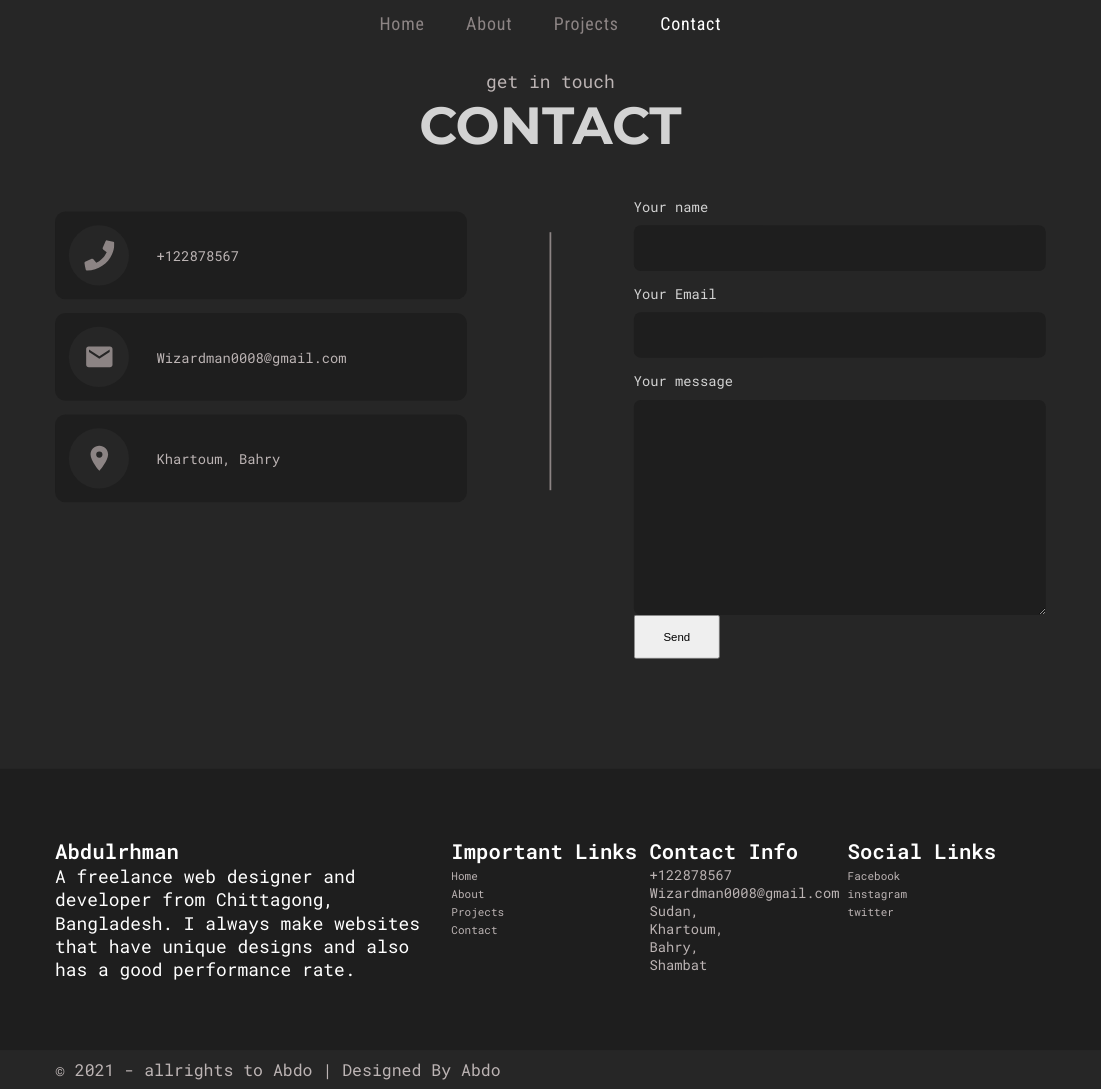
Repository: Abdoulrhman-altyeb/React-Typescript
Page: /contact
These files come from the project's save history. The page is drawn as it stood at one moment and after the next save; the edit follows.
The browser window is 1280 px wide. The pictures show the whole page, at 86% of full size.
The project was rebuilt for these pictures with package versions that can differ from the ones it lists, and the page was loaded fresh each time. Also part of the build but not shown: src/components/Button.tsx, src/components/ContactButton.tsx, src/components/HeroSection.tsx, src/components/AboutSection.tsx, src/assits/data/Services.ts, src/components/ServiceItems.tsx, src/components/ServicesSection.tsx, src/components/ProjectsSection.tsx and 3 more.

Above is the page before, as saved 2021-05-20 18:00:57.

### public/index.html
<!DOCTYPE html>
<html lang="en">

<head>
  <meta charset="utf-8" />
  <meta name="viewport" content="width=device-width, initial-scale=1" />
  <meta name="theme-color" content="#000000" />
  <meta name="description" content="IT Guys Community" />
  <link rel="preconnect" href="https://fonts.gstatic.com">
  <link href="https://fonts.googleapis.com/css2?family=Roboto:wght@300;400;500;700&display=swap" rel="stylesheet">
  <link rel="preconnect" href="https://fonts.gstatic.com">
<link href="https://fonts.googleapis.com/css2?family=Montserrat:wght@200;300;400;500;700&display=swap" rel="stylesheet">
<link rel="preconnect" href="https://fonts.gstatic.com">
<link href="https://fonts.googleapis.com/css2?family=Roboto+Mono:wght@200;300;400;500;600&display=swap" rel="stylesheet">
<link rel="preconnect" href="https://fonts.gstatic.com">
<link href="https://fonts.googleapis.com/css2?family=Roboto+Condensed:wght@400;700&display=swap" rel="stylesheet">
  <title>App Lab</title>
</head>

<body>
  <noscript>You need to enable JavaScript to run this app.</noscript>
  <div id="root"></div>
</body>

</html>

### src/index.tsx
import ReactDOM from "react-dom";
import App from "./App";
import './assits/styles/style.css'

ReactDOM.render(<App/>,document.getElementById("root"));

### src/App.tsx
import React from "react";
import NavBar from './components/NavBar';
import { BrowserRouter as Router, Route, Switch } from 'react-router-dom'
import Home from "./Pages/Home";
import Contact from "./Pages/Contact";
import About from "./Pages/About";
import Projects from "./Pages/Projects";


const App: React.FC = () => {



  return (
    <>
      <Router>
        <NavBar />
        <Switch>
          <Route  path='/' exact>
            <Home />
          </Route>
          <Route path="/contact">
            <Contact />
          </Route>
          <Route path='/about'>
            <About />
          </Route>
          <Route path='/projects'>
              <Projects/>
          </Route>
        </Switch>
      </Router>
    </>
  )
}

export default App;

### src/assits/styles/style.css
* {
    padding:0;
    margin:0;
    box-sizing:border-box;
    scroll-behavior: auto;
}

body {
    background:#262626;
    color:white;
    font-family: 'Roboto Mono', monospace;
}
::-webkit-scrollbar-track {
    background: #1E1E1E;
}
::-webkit-scrollbar {
    width: 8px;
}
::-webkit-scrollbar-thumb {
    background: #888;
    border-radius: 20px;
}




img,svg{
    width: 100%;
    height:100%;
    object-fit: cover;
}
.container {
    width:90%;
    max-width:1200px;
    margin: 0 auto;
}

.hero__img {
    height:600px;
}
ul {
    list-style: none;
}
p, h1, span,h3,a {
    color:#BCB4B4
}
a {
    text-decoration: none;
    font-size:0.8rem;
}

### src/components/NavBar.tsx
import React,{useState} from 'react';
import styled from 'styled-components';
import { NavLink } from 'react-router-dom';
import { BiMenu, BiX } from 'react-icons/bi';


const NavBar: React.FC = () => {

    const [isActive, setIsActive] = useState<boolean>(false);

    return (
        <NavBarContainer>
            <div className="hamburgerMenu"
                onClick={() => setIsActive(!isActive)}
                role='button'
                tabIndex={0}
                onKeyDown={() => setIsActive(!isActive)}
            >
                <BiMenu/>
            </div>
            <ul className={isActive ? 'ListItems' : 'ListItems hide-items'}>
                <div className='closeMenu'
                    onClick={() => setIsActive(!isActive)}
                    role='button'
                    tabIndex={0}
                    onKeyDown={() => setIsActive(!isActive)}
                >
                    <BiX/>
                </div>
                <li>
                    <NavLink to='/' exact>
                     Home
                    </NavLink>
                </li>
                <li>
                    <NavLink to="/about">
                        About
                    </NavLink>
                </li>
                <li>
                    <NavLink to='projects'>
                        Projects
                    </NavLink>
                </li>
                <li>
                    <NavLink to='contact'>
                        Contact
                    </NavLink>
                </li>
            </ul>
        </NavBarContainer>
    )
}

const NavBarContainer = styled.nav`
    position: fixed;
    z-index:100;
    top:0;
    left:0;
    background-color:#262626;
    font-family: 'Roboto Condensed', sans-serif;
    width:100%;
    ul {
        width:90%;
        max-width:1200px;
        justify-content:center;
        text-align:center;
        margin:0 auto;
        border-radius:12px;
    }
    li {
        display:inline-block;
        cursor:pointer;
    }
    a {
        display:inline-block;
        padding:1rem 1.5rem;
        font-size:1.3rem;
        color:#8c8484;
        letter-spacing: 1px;
        transition:0.3s ease color;
        /* &:hover {
            color:#726f6f;
        } */
    }
    .active {
        color:white;
    }

    .hamburgerMenu {
        font-size:2rem;
        position:absolute;
        top:1rem;
        right:1rem;
        color:white;
        display:none;
        * {
            pointer-events:none;
        }
    }
    .closeMenu{
        display:none;
    }
    @media only screen and (max-width:768px) {
        .hide-items{
            transform: translateY(calc(-100% - 1rem))
        }
        .hamburgerMenu{
            display:block;
        }
        .ListItems {
            width:80%;
            max-width:230px;
            position:absolute;
            top:1rem;
            right:1rem;
            background:#1E1E1E;
            padding:1rem;
            transition: 0.3s ease transform;

            .closeMenu {
                color:white;
                font-size:1.5rem;
                width:1rem;
                margin: 0 0 0 auto;
                cursor: pointer;
                display:block;
                *{
                    pointer-events:none;
                }
            }
        }
        li {
            display:block;
            margin-bottom:1rem;
        }
        a {
            /* padding:1rem; */
            padding:0.2rem;
            outline:none;
        }
    }
`;



export default NavBar;

### src/Pages/Contact.tsx
import React from 'react';
import ContactSection from '../components/ContactSecion';
import FooterSection from '../components/FooterSection';

const Contact: React.FC = () => {
    return (
        <>
            <ContactSection/>
            <FooterSection/>
        </>
    )
}

export default Contact;

### src/components/FooterSection.tsx
import React from 'react';
import styled from 'styled-components';
import PaText from './PaText';
import { Link } from 'react-router-dom';

const FooterSection: React.FC = () => {
    return (
        <>
            <StyledDiv>
                <div className="container">
                    <div className="info">
                        <h2>Abdulrhman</h2>
                        <PaText>
                            A freelance web designer and developer from Chittagong,
                            Bangladesh. I always make websites that have unique designs
                            and also has a good performance rate.
                        </PaText>
                    </div>
                    <div className="pages">
                        <h2>Important Links</h2>
                        <ul>
                            <li>
                                <Link to="/">Home</Link>
                            </li>
                            <li>
                                <Link to="/">About</Link>
                            </li>
                            <li>
                                <Link to="/">Projects</Link>
                            </li>
                            <li>
                                <Link to="/">Contact</Link>
                            </li>
                        </ul>
                    </div>
                    <div className="contact_info">
                        <h2>Contact Info</h2>
                        <ul>
                            <li><p>+122878567</p></li>
                            <li><p>Wizardman0008@gmail.com</p></li>
                            <li><p>Sudan,<br></br>Khartoum,<br></br>Bahry,<br></br>Shambat</p></li>
                        </ul>
                    </div>
                    <div className="social_Links">
                        <h2>Social Links</h2>
                        <ul>
                            <li><a href="https://facebook.com" rel='noreferrer'>Facebook</a></li>
                        </ul>
                        <ul>
                            <li><a href="https://instagram.com" rel='noreferrer'>instagram</a></li>
                        </ul>
                        <ul>
                            <li><a href="https://twitter.com" rel='noreferrer'>twitter</a></li>
                        </ul>
                    </div>
                </div>
            </StyledDiv>
            <StyledCopyright>
                <div className="container">
                    <p>© 2021 - allrights to Abdo  | Designed By Abdo</p>
                </div>
            </StyledCopyright>
        </>

    )
}

const StyledDiv = styled.div`
    background:#1E1E1E;
    padding:5rem 0 ;
    .container{
        display:flex;
    }
    .info{
        flex:2;
    }
    .contact_info,
    .pages,
    .social_Links{
        flex:1;
    }
    @media only screen and (max-width:768px) {
        .container{
            flex-direction:column;
        }
    }
`;
const StyledCopyright = styled.div`
    background:#262626;
    padding:10px 0;
    p{
        font-size:1.2rem;
    }

    @media only screen and (max-width:768px) {
        p{
            font-size:0.9rem;
            width:100%;
        }
    }
`;

export default FooterSection

### src/components/ContactSecion.tsx
import React from 'react';
import styled from 'styled-components';
import SectionsTitle from './SectionsTitle';
import { FaPhone } from 'react-icons/fa';
import { IoMdMail } from 'react-icons/io';
import {MdLocationOn} from 'react-icons/md'

const ContactSection: React.FC = () => {
    return (
        <StyledDiv>
            <div className="container">
                <SectionsTitle title='contact' semiTitle='get in touch' />
                <div className="contact-me">
                    <div className="contact-info">
                        <div className="phone">
                            <div className="icon">
                                <FaPhone/>
                            </div>
                            <span> +122878567</span>
                        </div>
                        <div className="mail">
                            <div className="icon">
                                <IoMdMail/>
                            </div>
                            <span>Wizardman0008@gmail.com</span>
                        </div>
                        <div className="location">
                            <div className="icon">
                                <MdLocationOn/>
                            </div>
                            <span>Khartoum, Bahry</span>
                        </div>
                    </div>
                    <div className="linebetween"></div>
                    <form className='form-contact'>
                        <label htmlFor="name">Your name</label>
                        <input className='name' type="text" id='name' />
                        <label htmlFor="email">Your Email</label>
                        <input type="email" id="email" />
                        <label htmlFor="message">Your message</label>
                        <textarea id="message"></textarea>
                        <button className='btn' type='submit'>Send</button>
                    </form>
                </div>
            </div>
        </StyledDiv>
    )
}
const StyledDiv = styled.div`
    padding:5rem 0;
    text-align: center;
    .container{
        display: flex;
        flex-direction:column;
    }
    .title{
        p{
            font-size:1.3rem;
        }
        h2{
            font-size:3.8rem;
            margin-top:0;
        }
    }
    .contact-me{
        padding:3rem 0;
        display: flex;
        gap:6rem;
    }
    .contact-info{
        flex:1;
    }
    .phone,
    .mail,
    .location{
        width:100%;
        background:#1E1E1E;
        margin-top:1rem;
        padding:1rem;
        border-radius:12px;
        display: flex;
        align-items: center;
    }
    .icon{
        width:70px;
        height:70px;
        border-radius: 50%;
        display: flex;
        justify-content: center;
        align-items:center;
        margin-right:2rem;
        background:#262626;
    }
    .icon svg{
        width:50%;
        fill: #8c8484;
    }
    .linebetween{
        width:2px;
        height:300px;
        background:#8c8484;
        margin-top:2.5rem;
    }

    .form-contact{
        flex:1;
        display: flex;
        flex-direction:column;
        text-align:left;
    }
    .form-contact input, textarea{
        padding:1rem;
        background:#1E1E1E;
        border:none;
        border-radius:8px;
    }
    .form-contact textarea {
        height:250px;
    }
    .form-contact label{
        margin-bottom:0.7rem;
        color:lightgray;
    }
    .form-contact input{
        margin-bottom:1rem;
        outline:none;
        color:#8c8484;
        font-size:1.1rem;
    }
    .btn{
        padding:1rem;
        width:100px;
    }
`;

export default ContactSection;

### src/components/PaText.tsx
import styled from 'styled-components'

const PaText: React.FC = ({children}) => {

    return (
        <TextContainer className='par'>
            {children}
        </TextContainer>
    )
}

const TextContainer = styled.div`
    max-width:500px;
    margin:0 auto;
    line-height:1.3em;
    font-family: 'Roboto Mono', monospace;
    font-size:1.3rem;
    @media only screen and (max-width:768px) {
        font-size:1.1rem;
    }
`;

export default PaText

### src/components/SectionsTitle.tsx
import React from 'react';
import styled from 'styled-components';

const SectionsTitle:React.FC<SectionTitle> = ({title,semiTitle}) => {
    return (
        <StyledSectionTitle className='title'>
            <p>{semiTitle}</p>
            <h2>{title}</h2>
        </StyledSectionTitle>
    )
}

const StyledSectionTitle = styled.div`
    P{
        font-size:1.5rem;
    }
    h2{
        font-size:3.8rem;
        font-family: 'Montserrat', sans-serif;
        text-transform:uppercase;
        margin-top:0.7rem;
        color:lightgray;
    }
    @media only screen and (max-width:768px){
        p{
            font-size:1rem;
        }
        h2{
            font-size:2rem;

        }
    }
`;

export default SectionsTitle;

After the next save:
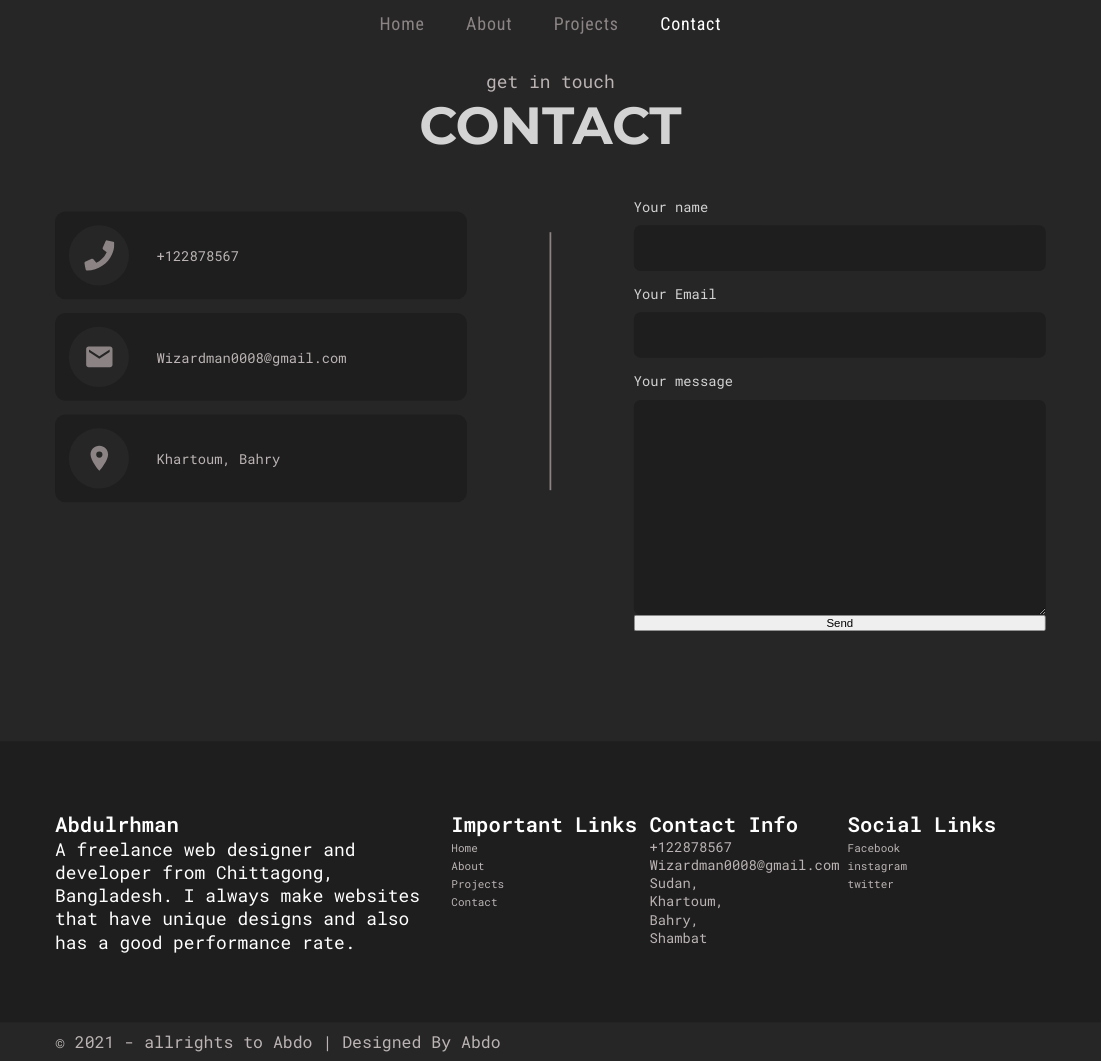
Saved 9 s later.
--- a/src/components/ContactSecion.tsx
+++ b/src/components/ContactSecion.tsx
@@ -127,10 +127,7 @@ const StyledDiv = styled.div`
         color:#8c8484;
         font-size:1.1rem;
     }
-    .btn{
-        padding:1rem;
-        width:100px;
-    }
+
 `;
 
 export default ContactSection;
